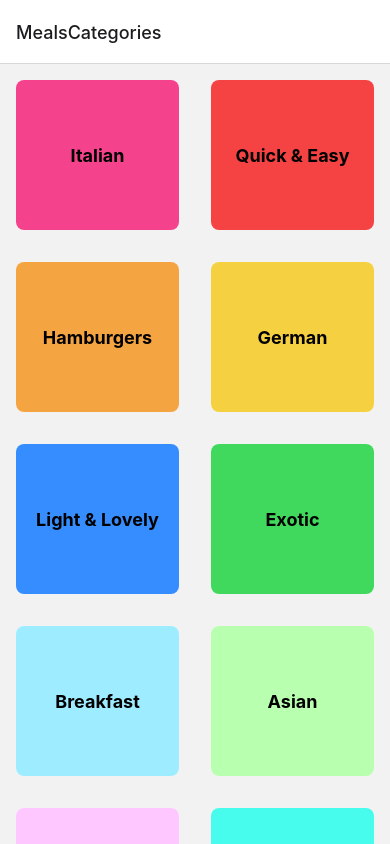
Repository: SyLe-Van/Food-Category-App
Screen: /MealsCategories
The author's editor kept a copy of each file at every save. The screen is drawn from the files as they stood at one save, then again after the next save.
An inner scrolling area shows only its first screen. The app was drawn by React Native's web renderer in a window 390 px wide. The project was rebuilt for these pictures with package versions that can differ from the ones it lists, and the page was loaded fresh each time. Also part of the build but not shown: components/MealItem.js, screens/MealsOverViewScreen.js.

Above is the screen before, as saved 2024-02-19 14:38:42.

After the next save:
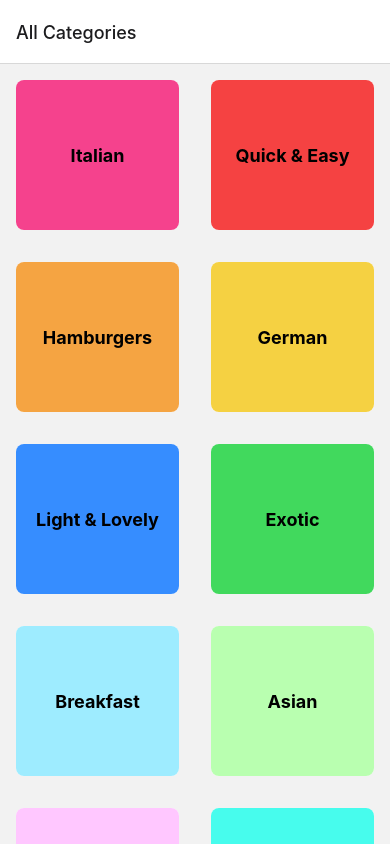
Saved 27 s later.
--- a/App.js
+++ b/App.js
@@ -17,7 +17,7 @@ export default function App() {
           <Stack.Screen
             name="MealsCategories"
             component={CategoriesScreen}
-            option={{
+            options={{
               title: "All Categories",
             }}
           />
